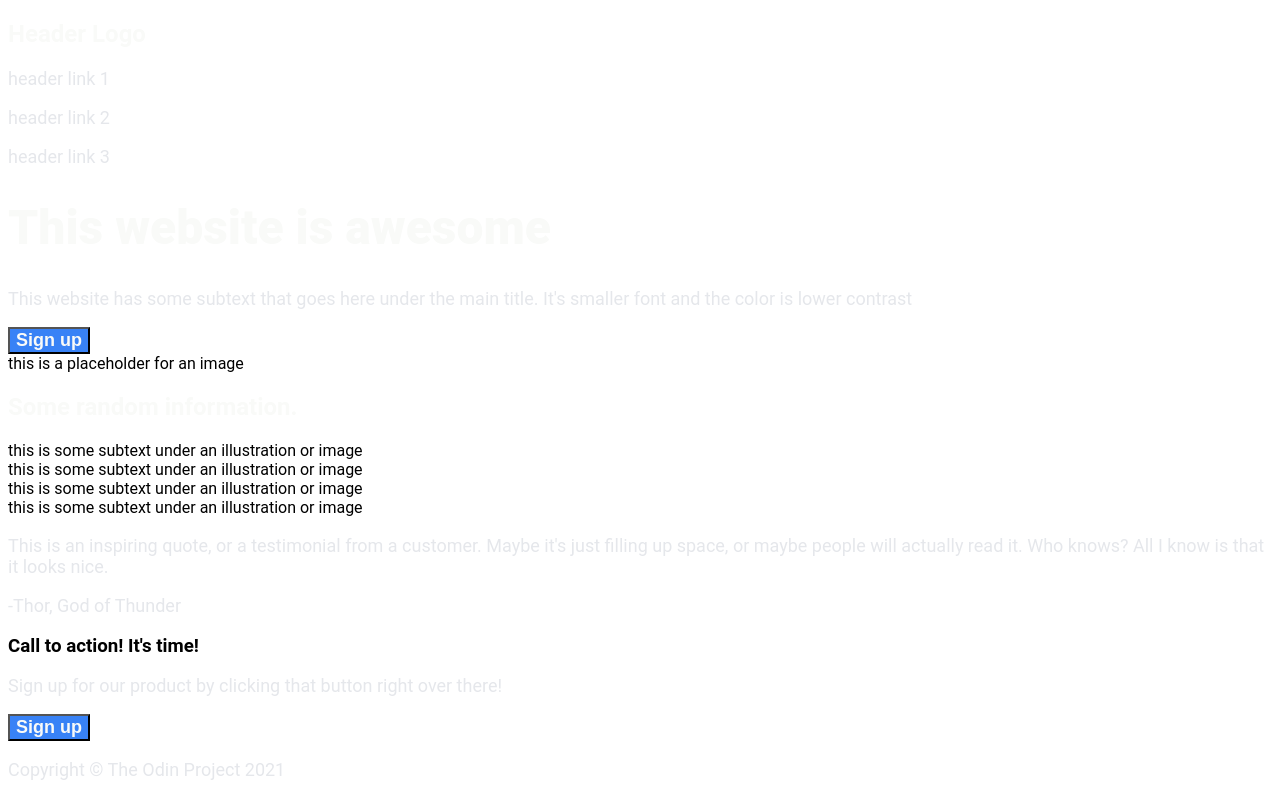
Repository: rsoetydev/landing-page
Page: index.html
The author's editor kept a copy of each file at every save. The page is drawn from the files as they stood at one save, then again after the next save.
The browser window is 1280 px wide. The pictures show the whole page.

Above is the page before, as saved 2023-11-27 15:45:35.

After the next save:
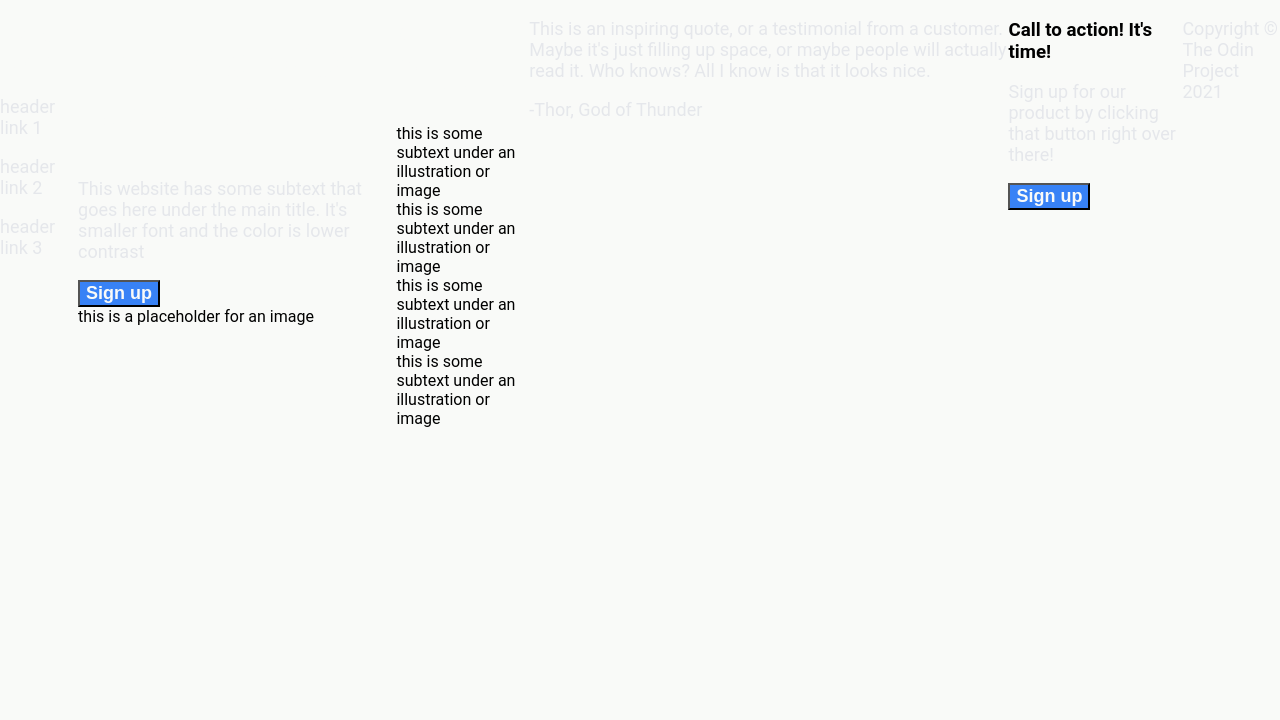
Saved 73 s later.
--- a/style.css
+++ b/style.css
@@ -9,7 +9,12 @@
     font-family: 'Roboto', arial;
 }
 
-
+body{
+    background-color:var(--white);
+    padding: 0;
+    margin: 0;
+    display: flex;
+}
 
 h1{
     font-size:48px;
